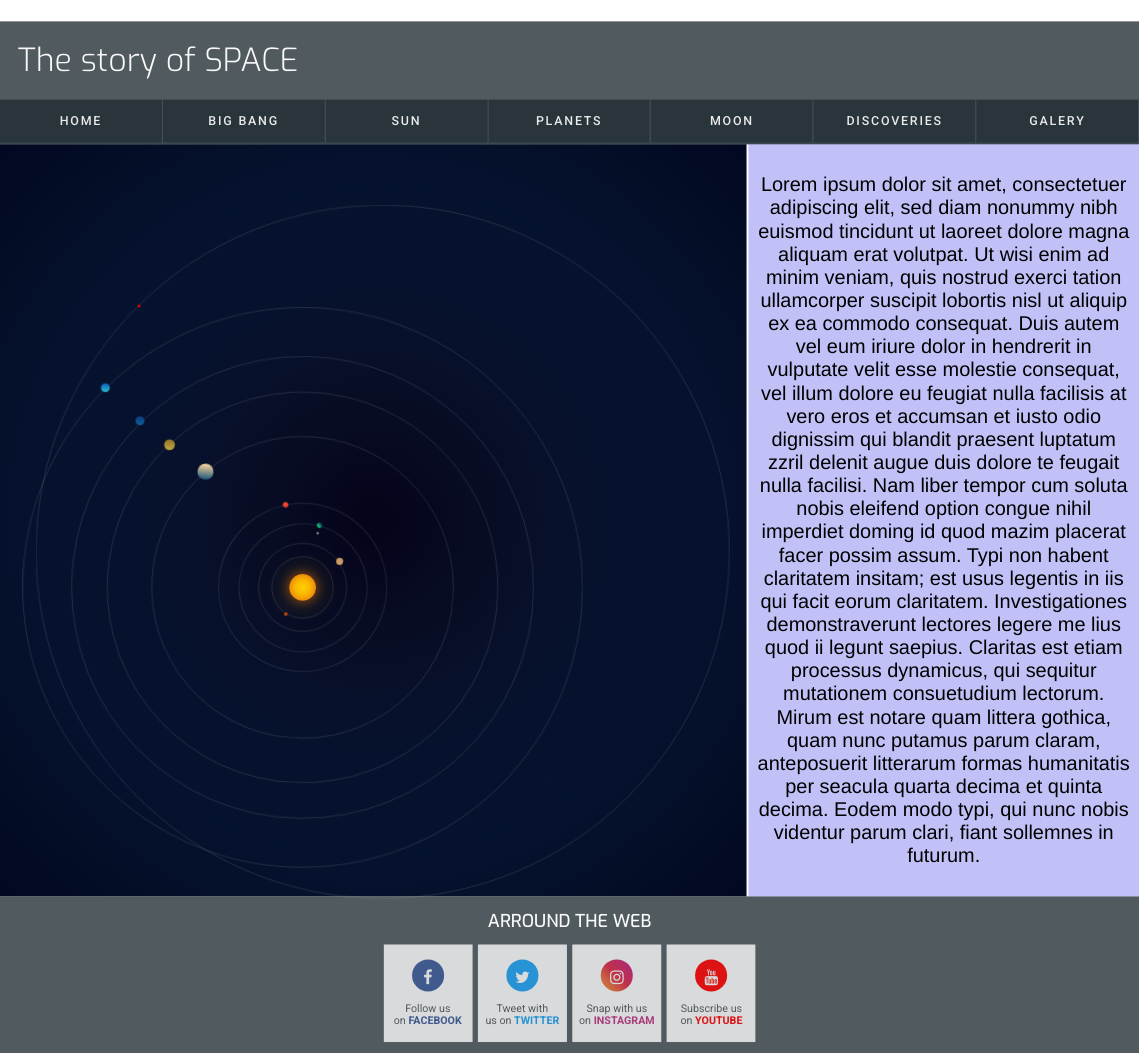
Repository: OlaQla/First-Milestones-Project
Page: index.html
The author's editor kept a record of every edit. The page is drawn from the files as they stood at one moment, then again after the next edit.
The browser window is 1280 px wide. The pictures show the whole page, at 89% of full size.
Backgrounds fixed to the window are drawn as part of the page. Some web libraries are served in a nearby version.

Above is the page before.

### index.html
<!DOCTYPE html>
<html lang="en">

<head>
    <meta charset="UTF-8">
    <meta name="viewport" content="width=device-width, initial-scale=1.0">
    <meta http-equiv="X-UA-Compatible" content="ie=edge">
    <title>Document</title>
    <link rel="stylesheet" href="https://maxcdn.bootstrapcdn.com/font-awesome/4.7.0/css/font-awesome.min.css" type="text/css" />
    <link rel="stylesheet" href="https://cdnjs.cloudflare.com/ajax/libs/hover.css/2.1.1/css/hover-min.css" type="text/css" />
    <link rel="stylesheet" href="https://cdnjs.cloudflare.com/ajax/libs/hover.css/2.1.1/css/hover-min.css" type="text/css" />
    <link rel="stylesheet" href="https://maxcdn.bootstrapcdn.com/font-awesome/4.7.0/css/font-awesome.min.css" type="text/css" />
    <link rel="stylesheet" href="main.css" type="text/css" />
</head>


<body>
    <header class="header">

        <div class="title">
            <h1>The story of <span>space</span></h1>
        </div>

        <nav class="menu" id="main-menu">
            <button class="menu-toggle" id="toggle-menu"> toggle menu </button>
            <div class="menu-dropdown">
                <ul class="nav-menu">
                    <li class="item-color  menuitem"><a href="#" class="home-button"><span >Home</span></a></li>
                    <li class="item-color  menuitem"><a href="#" class="bigBang-button"><span >Big Bang</span></a></li>
                    <li class="item-color  menuitem"><a href="# " class="sun-button"><span>Sun</span></a></li>

                    <div class=dropdown>
                        <li class="item-color menuitem"><a href="#" class="planets-button"><span>Planets</span></a>
                        </li>
                        <ul class="dropdown-content">
                            <li class="dropdownItem"><a href="" class="dropdownLink"><span>Mercury</span></a></li>
                            <li class="dropdownItem"><a href="" class="dropdownLink"><span>Venus</span></a></li>
                            <li class="dropdownItem"><a href="" class="dropdownLink"><span>Earth</span></a></li>
                            <li class="dropdownItem"><a href="" class="dropdownLink"><span>Mars</span></a></li>
                            <li class="dropdownItem"><a href="" class="dropdownLink"><span>Jupiter</span></a></li>
                            <li class="dropdownItem"><a href="" class="dropdownLink"><span>Saturn</span></a></li>
                            <li class="dropdownItem"><a href="" class="dropdownLink"><span>Uranus</span></a></li>
                            <li class="dropdownItem"><a href="" class="dropdownLink"><span>Neptun</span></a></li>
                        </ul>
                    </div>

                    <li class="item-color  menuitem"><a href="#" class="moon-button"><span>Moon</span></a></li>
                    <li class="item-color  menuitem"><a href="#" class="discoverires-button"><span >Discoveries</span></a></li>
                    <li class="item-color menuitem"><a href="#" class="galery-button"><span>Galery</span></a></li>
                </ul>
            </div>
        </nav>

    </header>
    <section class="wraper">
        <div class="container">
            <div class="column-main">

                <div class="solar">

                    <div class="sun"></div>

                    <div class="mercury-orbit">
                        <div class="mercury"></div>
                    </div>

                    <div class="venus-orbit">
                        <div class="venus"></div>
                    </div>

                    <div class="earth-orbit">
                        <div class="earth"></div>

                        <div class="moon-orbit">
                            <div class="moon"></div>
                        </div>
                    </div>

                    <div class="mars-orbit">
                        <div class="mars"></div>
                    </div>

                    <div class="jupiter-orbit">
                        <div class="jupiter"></div>
                    </div>

                    <div class="saturn-orbit">
                        <div class="saturn"></div>
                    </div>

                    <div class="uranus-orbit">
                        <div class="uranus"></div>
                    </div>

                    <div class="neptune-orbit">
                        <div class="neptune"></div>
                    </div>

                    <div class="pluto-orbit">
                        <div class="pluto"></div>
                    </div>

                    <div class="asteroids-orbit">
                        <div class="asteroids"></div>
                    </div>


                </div>

            </div>

            <div class="column-sidebar">
                <p>Lorem ipsum dolor sit amet, consectetuer adipiscing elit, sed diam nonummy nibh euismod tincidunt ut laoreet dolore magna aliquam erat volutpat. Ut wisi enim ad minim veniam, quis nostrud exerci tation ullamcorper suscipit lobortis nisl
                    ut aliquip ex ea commodo consequat. Duis autem vel eum iriure dolor in hendrerit in vulputate velit esse molestie consequat, vel illum dolore eu feugiat nulla facilisis at vero eros et accumsan et iusto odio dignissim qui blandit praesent
                    luptatum zzril delenit augue duis dolore te feugait nulla facilisi. Nam liber tempor cum soluta nobis eleifend option congue nihil imperdiet doming id quod mazim placerat facer possim assum. Typi non habent claritatem insitam; est
                    usus legentis in iis qui facit eorum claritatem. Investigationes demonstraverunt lectores legere me lius quod ii legunt saepius. Claritas est etiam processus dynamicus, qui sequitur mutationem consuetudium lectorum. Mirum est notare
                    quam littera gothica, quam nunc putamus parum claram, anteposuerit litterarum formas humanitatis per seacula quarta decima et quinta decima. Eodem modo typi, qui nunc nobis videntur parum clari, fiant sollemnes in futurum.</p>
            </div>
        </div>

    </section>

    <footer>
        <div class="conteiner-footer clearfix">



            <div class="section-media">
                <h5 class="uppercase general-sub">Arround The Web</h5>
                <ul class="social-links">
                    <li class="list-item">
                        <a target="_blank" href="#">
                            <i class="fa fa-facebook facebook-icon" aria-hidden="true"></i>
                            <span class="sr-only">Facebook</span>
                        </a>
                        <p>Follow us </br> on <span class="facebook-text">facebook</span></p>
                    </li>
                    <li class="list-item">
                        <a target="_blank" href="#">
                            <i class="fa fa-twitter twitter-icon" aria-hidden="true"></i>
                            <span class="sr-only">Twitter</span>
                        </a>
                        <p>Tweet with </br> us on <span class="twitter-text">twitter</span></p>
                    </li>

                    <li class="list-item">
                        <a target="_blank" href="#">
                            <i class="fa fa-instagram insta-icon" aria-hidden="true"></i>
                            <span class="sr-only">Instagram</span>
                        </a>
                        <p>Snap with us </br> on <span class="insta-text">Instagram</span></p>
                    </li>
                    <li class="list-item">
                        <a target="_blank" href="#">
                            <i class="fa fa-youtube youtube-icon" aria-hidden="true"></i>
                            <span class="sr-only">YouTube</span>
                        </a>
                        <p>Subscribe us </br> on <span class="youtube-text">YouTube</span></p>
                    </li>
                </ul>
            </div>
        </div>
    </footer>
    <script type="text/javascript">
        (function() {
            var button = document.getElementById('toggle-menu');
            button.addEventListener('click', function(event) {
                event.preventDefault();
                var menu = document.getElementById('main-menu');
                menu.classList.toggle('is-open');
            });
        })();
    </script>
</body>

</html>

### main.css
@import url('https://fonts.googleapis.com/css?family=Roboto:100,200,300,400,500,600,700|Exo:100,200,300,400,500,600,700');

:root {
    box-sizing: border-box;
    font-size: calc(1vw + 0.6em);
}

*,
*::before,
*::after {
    box-sizing: inherit;
}


body {
    margin: 0;
    font-family: Helvetica, Arial, sans-serif;
}


/*-----------------------------------------------dropdown*/

.dropdown {
    display: inline-block;
    position: relative;
    margin: 0;
    padding: 0;
}

.dropdown-content {
    display: none;
    position: absolute;
    list-style: none;
    background-color: #dae2e5;
    min-width: 250px;
    box-shadow: 0px 8px 16px 0px rgba(0, 0, 0, 0.2);
    z-index: 1;

}

.dropdownLink {
    width: 100%;
    text-decoration: none;
    display: block;
    background-color: #dae2e5;
    border-bottom: 1px solid #c3cfd5;
    padding: 10px 5px;

}

.dropdown:hover .dropdown-content {
    display: block;
}

.dropdownLink span {
    font-family: "Roboto", sans-serif;
    display: block;
    width: 100%;
    text-align: left;
    text-transform: uppercase;
    font-size: 14px;
    font-weight: 400;
    letter-spacing: 2px;
}


.item-color {
    background-color: #263238;
    opacity: 0.9;
}




/*-----------------------------------------------Header*/

.header {
    padding: 0px;
    background-color: #515a5f;
    font-family: "Exo", sans-serif;


}


.title {
    color: #fafafa;
    font-size: 16px;
    margin: 0;

}

.title span {
    text-transform: uppercase;
    font-weight: 300;
}

.title h1 {
    font-weight: 300;
    color: #fafafa;
    padding: 20px;
    margin-bottom: 0px;
}


/*-----------------------------------------------Nav-Menu*/

.menu {
    position: relative;
}

.nav-menu {

    list-style: none;
    margin-top: 0;
}


.menuitem {

    text-decoration: none;
    height: 50px;
    text-align: left;
    padding: 0;
    border-bottom: 2px solid #37474F;
}

.menuitem a {
    text-decoration: none;
    color: #fafafa;

}

.menuitem span {
    font-family: "Roboto", sans-serif;
    display: block;
    width: 100%;
    padding: 15px 15px;
    text-align: left;
    text-transform: uppercase;
    font-size: 14px;
    font-weight: 400;
    letter-spacing: 2px;
}

.menu-toggle {
    position: absolute;
    top: -1.5em;
    right: 2px;
    border: 0;
    background-color: transparent;
    font-size: 35px;
    width: 1em;
    height: 1em;
    line-height: 0.4em;
    text-indent: 5em;
    white-space: nowrap;
    overflow: hidden;
}

.menu-toggle::after {
    position: absolute;
    top: 0.2em;
    left: 0.2em;
    display: block;
    content: "\2261";
    text-indent: 0;


}

button {
    color: #2BBBAD;
    padding: 0;

}

.menu-dropdown {
    display: none;
    position: absolute;
    right: 0;
    left: 0;
    margin-top: 0px;


}

.menu.is-open .menu-dropdown {
    display: block;

}

/*-----------------------------------------------Media-Header*/

@media (min-width: 768px) {
    .title>h1 {
        font-size: 2.25em;
    }
}

@media (min-width: 560px) {
    .header>h1 {
        padding: 1em;
    }
}

@media (min-width: 768px) {
    .menu-toggle {
        display: none;
    }

    .menu-dropdown {
        display: block;
        position: static;
    }
}

@media (min-width: 768px) {
    .nav-menu {
        display: flex;
        border: 0;
        padding: 0;
        margin: 0;
    }

}

@media (min-width: 768px) {
    .nav-menu>li {
        flex: 1;
        border-right: 1px #515a5f solid;
    }
    .nav-menu>div {
        flex: 1;
        border-right: 1px #515a5f solid;
    }

    .nav-menu>li>a>span {
        text-align: center;
        padding: 15px 15px;
        font-weight: 500;
    }

    .nav-menu>div>li>a {
        text-align: center;

        font-weight: 500;
        padding: 0;
        display: block;
    }

    .nav-menu>li>a {
        text-align: center;
        font-weight: 500;
        padding: 0;
        display: block;
    }

}

.nav-menu>div>li>a>span {
    text-align: center;
    font-weight: 500;
    padding: 15px 15px;
}



@media (min-width: 768px) {

    .home-button :hover {
        color: #2BBBAD;


    }
    .bigBang-button :hover {
        color: #4285F4;
    }
    .sun-button :hover {
        color: #ffff00;
    }
    .planets-button:hover {
        color: #00C851;
    }
    .moon-button :hover {
        color: #ffb300;
    }
    .discoverires-button:hover {
        color: rgba(205, 220, 57, 0.7);
    }
    .galery-button :hover {
        color: rgba(0, 188, 212, 0.7);
    }

    li {

        transition-duration: 1s;
        transition-timing-function: easy-in-out;
    }

    li:hover {
        transform: scale(1.1);

    }
}

@media (max-width: 767px) {
    .dropdown:hover .dropdown-content {
        display: none;
    }

    .dropdown {
        display: block;
        margin: 0;
        padding: 0;
    }

    .dropdown .planets-button span {
        width: 100%;
        text-align: left;
        padding-left: 15px 15px;
        font-weight: 400;
    }
}


/*-----------------------------------------------Footer*/

footer {
    display: block;
    background-color: #515a5f;
    color: #fafafa;
    min-height: 120px;
    margin: 0;


}


.general-sub {
    font-family: "Exo", sans-serif;
    text-align: center;
    font-size: 20px;
    font-weight: 500;
    color: #fafafa;
    margin: 0px
}


.section-media {
    width: 100%;
    float: center;
    padding-top: 15px;
    margin-right: 0;
}

.clearfix:after {
    content: " ";
    visibility: hidden;
    display: block;
    height: 0;
    clear: both;
}


.uppercase {
    text-transform: uppercase;
}



.inline-block {
    display: inline-block;
}

.social-links {
    display: block;
    text-align: center;
    list-style: none;
    padding: 10px 5px;
    margin: 0;
}

.list-item {
    margin: 2px 0;
    width: 100px;
    height: 90px;
    padding: 5px 5px;
    display: inline-table;
    background-color: #fafafa;
    opacity: 0.8;
}

.facebook-icon {
    background-color: #3C5A99;
}

.facebook-text {
    color: #3C5A99;
}

.twitter-icon {
    background-color: #1DA1F2;
}

.twitter-text {
    color: #1DA1F2;
}

.insta-icon {
    background: linear-gradient(45deg, #f09433 0%, #e6683c 25%, #dc2743 50%, #cc2366 75%, #bc1888 100%);
}

.insta-text {
    color: #c13584;
}

.youtube-icon {
    background-color: #ff0000;
}

.youtube-text {
    color: #ff0000;
}

.social-links p {
    font-family: Roboto, sans-serif;
    color: #515a5f;
    font-size: 12px;
    font-weight: 400;
    text-align: center;
}

.social-links p span {
    text-transform: uppercase;
    font-weight: bolder;
}

.social-links li a i {
    width: 36px;
    height: 36px;
    padding: 18px 0;
    margin-top: 12px;
    border-radius: 50%;
    font-size: 18px;
    line-height: 7px;
    text-align: center;
    color: #fafafa;
    transition: all 0.35s ease-in-out;
    -moz-transition: all 0.35s ease-in-out;
    -webkit-transition: all 0.35s ease-in-out;
    -o-transition: all 0.35s ease-in-out;
}


@media (min-width: 768px) {
    .section-download i {

        transition-duration: 1s;
        transition-timing-function: easy-in-out;
    }

    .section-download i:hover {
        transform: scale(1.1);

    }
}

/*-----------------------------------------------HomePage*/

.container {
    display: flex;
}

.container>*+* {
    margin-top: 0;
    margin-left: 0px;
}

.column-main {
    flex: 2;
}

.column-sidebar {
    flex: 1;
}


/*--------------------------------------------column-main */
.column-sidebar{
    background-color: #c1c1f8;
    text-align: center;
    padding: 10px 10px;
}
.column-main {
    font: Arial, sans-serif;
    color: #fff;
    background-image: radial-gradient(circle, #03031a, #06071e, #070b23, #080e27, #07112c, #06112d, #06122d, #05122e, #05102b, #040e27, #030b24, #020821);
    background-attachment: fixed;
    background-repeat: no-repeat;
    border-right: 2px solid #fafafa;

}
  .solar{
    position: absolute;
    top: 50%;
    left: 50%;
    margin-top: 300px;
    margin-left: -300px;
}

.sun {
    width: 30px;
    height: 30px;
    border-radius: 100%;
    position: absolute;
    top: 50%;
    left: 50%;
    transform: translate(-50%, -50%);
    background: radial-gradient(ellipse at center, #ffd000 1%, #f9b700 39%, #f9b700 39%, #e06317 100%);
    box-shadow: 0 0 10px 2px rgba(255, 107, 0, 0.4), 0 0 22px 11px rgba(255, 203, 0, 0.13);
}


.mercury-orbit {
    height: 70px;
    width: 70px;
    border-radius: 100%;
    position: absolute;
    top: 50%;
    left: 50%;
    transform: translate(-50%, -50%);
    margin-top: -35px;
    margin-left: -35px;
    border: 1px rgba(219, 219, 219, 0.15) solid;
    animation: spin 7s infinite linear;
}

.mercury {
    height: 4px;
    width: 4px;
    border-radius: 100%;
    position: absolute;
    top: 50%;
    left: 50%;
    transform: translate(-50%, -50%);
    margin-top: -25px;
    margin-left: -25px;
    background: #b34700;
}

.venus-orbit {
    height: 100px;
    width: 100px;
    border-radius: 100%;
    position: absolute;
    top: 50%;
    left: 50%;
    transform: translate(-50%, -50%);
    margin-top: -50px;
    margin-left: -50px;
    border: 1px rgba(219, 219, 219, 0.15) solid;
    animation: spin 18s infinite linear;
}

.venus {
    height: 8px;
    width: 8px;
    border-radius: 100%;
    position: absolute;
    top: 50%;
    left: 50%;
    transform: translate(-50%, -50%);
    margin-top: -36px;
    margin-left: -36px;
    background: #cc9966;
}

.earth-orbit {
    height: 145px;
    width: 145px;
    border-radius: 100%;
    position: absolute;
    top: 50%;
    left: 50%;
    transform: translate(-50%, -50%);
    margin-top: -72px;
    margin-left: -72px;
    border: 1px rgba(219, 219, 219, 0.15) solid;
    animation: spin 30s infinite linear;
}

.earth {
    height: 6px;
    width: 6px;
    border-radius: 100%;
    position: absolute;
    top: 50%;
    left: 50%;
    transform: translate(-50%, -50%);
    margin-top: -52px;
    margin-left: -52px;
    background: linear-gradient(#051937, #12EB8D);
}

.moon-orbit {
    height: 18px;
    width: 18px;
    border-radius: 100%;
    position: absolute;
    top: 50%;
    left: 50%;
    transform: translate(-50%, -50%);
    margin-top: -61px;
    margin-left: -61px;
    border: 1px rgba(219, 219, 219, 0.0) solid;
    animation: spin 2s infinite linear;
}

.moon {
    height: 3px;
    width: 3px;
    border-radius: 100%;
    position: absolute;
    top: 50%;
    left: 50%;
    transform: translate(-50%, -50%);
    margin-top: -8px;
    margin-left: -8px;
    background: grey;
    animation: spin 1s infinite linear;
}

.mars-orbit {
    height: 190px;
    width: 190px;
    border-radius: 100%;
    position: absolute;
    top: 50%;
    left: 50%;
    transform: translate(-50%, -50%);
    margin-top: -95px;
    margin-left: -95px;
    border: 1px rgba(219, 219, 219, 0.15) solid;
    animation: spin 54s infinite linear;
}

.mars {
    height: 6px;
    width: 6px;
    border-radius: 100%;
    position: absolute;
    top: 50%;
    left: 50%;
    transform: translate(-50%, -50%);
    margin-top: -67px;
    margin-left: -67px;
    background: linear-gradient(#f85032, #e73827);
}


.jupiter-orbit {
    height: 340px;
    width: 340px;
    border-radius: 100%;
    position: absolute;
    top: 50%;
    left: 50%;
    transform: translate(-50%, -50%);
    margin-top: -170px;
    margin-left: -170px;
    border: 1px rgba(219, 219, 219, 0.15) solid;
    animation: spin 360s infinite linear;
}



.jupiter {
    height: 18px;
    width: 18px;
    border-radius: 100%;
    position: absolute;
    top: 50%;
    left: 50%;
    transform: translate(-50%, -50%);
    margin-top: -120px;
    margin-left: -120px;
    background: linear-gradient(#ffd89b, #19547b);
}

.saturn-orbit {
    height: 440px;
    width: 440px;
    border-radius: 100%;
    position: absolute;
    top: 50%;
    left: 50%;
    transform: translate(-50%, -50%);
    margin-top: -220px;
    margin-left: -220px;
    border: 1px rgba(219, 219, 219, 0.15) solid;
    animation: spin 900s infinite linear;
}

.saturn {
    height: 12px;
    width: 12px;
    border-radius: 100%;
    position: absolute;
    top: 50%;
    left: 50%;
    transform: translate(-50%, -50%);
    margin-top: -155px;
    margin-left: -155px;
    background: linear-gradient(#947429, #BEA83F);
}

.uranus-orbit {
    height: 520px;
    width: 520px;
    border-radius: 100%;
    position: absolute;
    top: 50%;
    left: 50%;
    transform: translate(-50%, -50%);
    margin-top: -260px;
    margin-left: -260px;
    border: 1px rgba(219, 219, 219, 0.15) solid;
    animation: spin 2520s infinite linear;
}

.uranus {
    height: 10px;
    width: 10px;
    border-radius: 100%;
    position: absolute;
    top: 50%;
    left: 50%;
    transform: translate(-50%, -50%);
    margin-top: -185px;
    margin-left: -185px;
    background: linear-gradient(#093B7C, #0A6096);
}

.neptune-orbit {
    height: 630px;
    width: 630px;
    border-radius: 100%;
    position: absolute;
    top: 50%;
    left: 50%;
    transform: translate(-50%, -50%);
    margin-top: -315px;
    margin-left: -315px;
    border: 1px rgba(219, 219, 219, 0.15) solid;
    animation: spin 4950s infinite linear;
}

.neptune {
    height: 10px;
    width: 10px;
    border-radius: 100%;
    position: absolute;
    top: 50%;
    left: 50%;
    transform: translate(-50%, -50%);
    margin-top: -223px;
    margin-left: -223px;
    background: linear-gradient(#0F59B9, #28C2D1);
}

.pluto-orbit {
    height: 780px;
    width: 780px;
    border-radius: 100%;
    position: absolute;
    top: 50%;
    left: 50%;
    transform: translate(-50%, -50%);
    margin-top: -430px;
    margin-left: -300px;
    border: 1px rgba(219, 219, 219, 0.15) solid;
    animation: spin 7440s infinite linear;
}

.pluto {
    height: 3px;
    width: 3px;
    border-radius: 100%;
    position: absolute;
    top: 50%;
    left: 50%;
    transform: translate(-50%, -50%);
    margin-top: -275px;
    margin-left: -275px;
    background: red;
}



@keyframes spin {
    from {
        transform: rotate(0);
    }

    to {
        transform: rotate(360deg);
    }
}



 @media (max-width:767px)  {
     .container{
     flex-wrap:wrap;
     flex-direction:column;
     }

     .column-main{
         flex-grow: 2;

     }

      /*.column-sidebar{
         flex-basis: 100%;
         height:33%;

     }*/
 }

After the next edit:
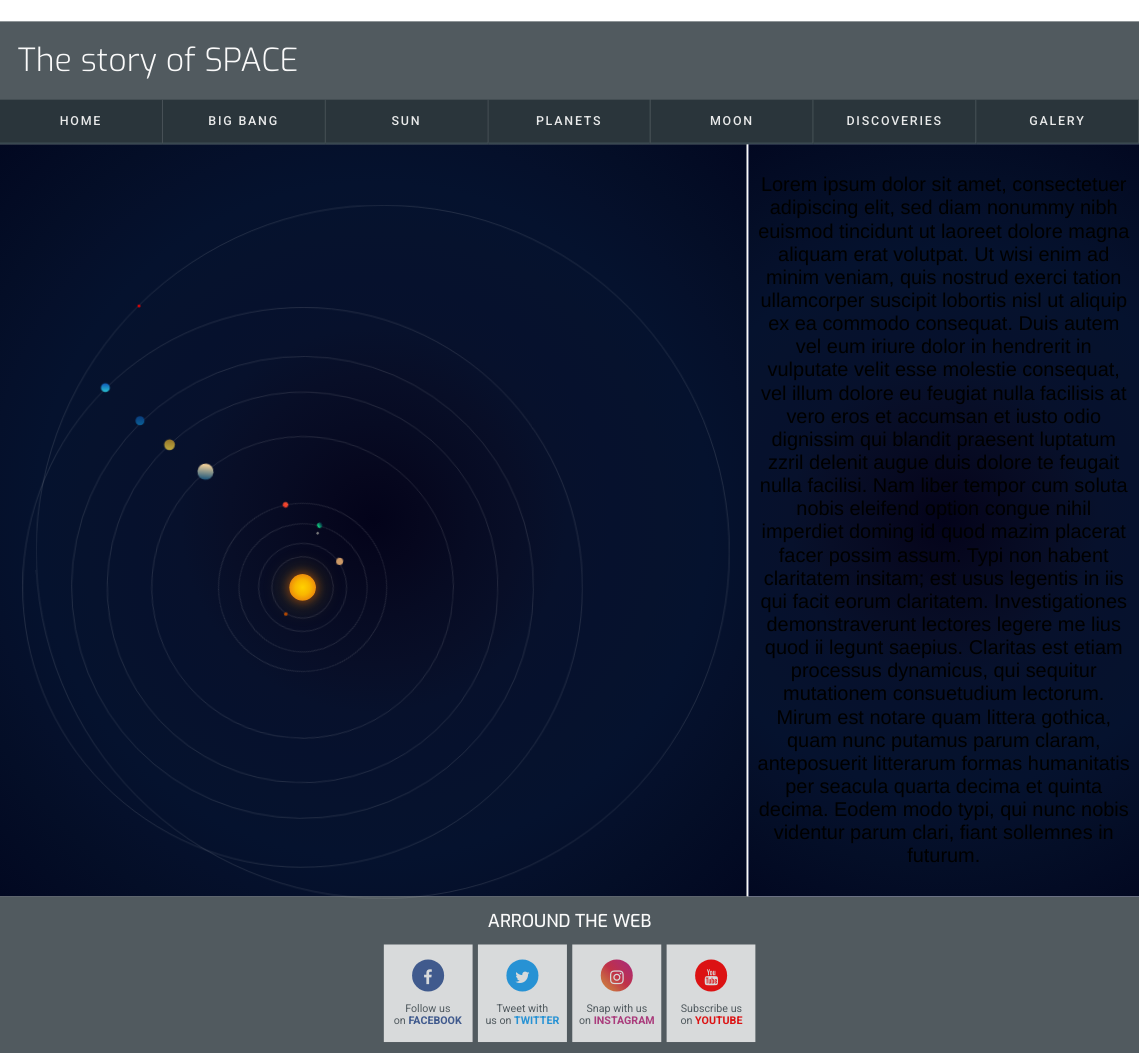
The edit:
--- a/main.css
+++ b/main.css
@@ -491,6 +491,8 @@
     background-color: #c1c1f8;
     text-align: center;
     padding: 10px 10px;
+        background-image: radial-gradient(circle, #03031a, #06071e, #070b23, #080e27, #07112c, #06112d, #06122d, #05122e, #05102b, #040e27, #030b24, #020821);
+
 }
 .column-main {
     font: Arial, sans-serif;
